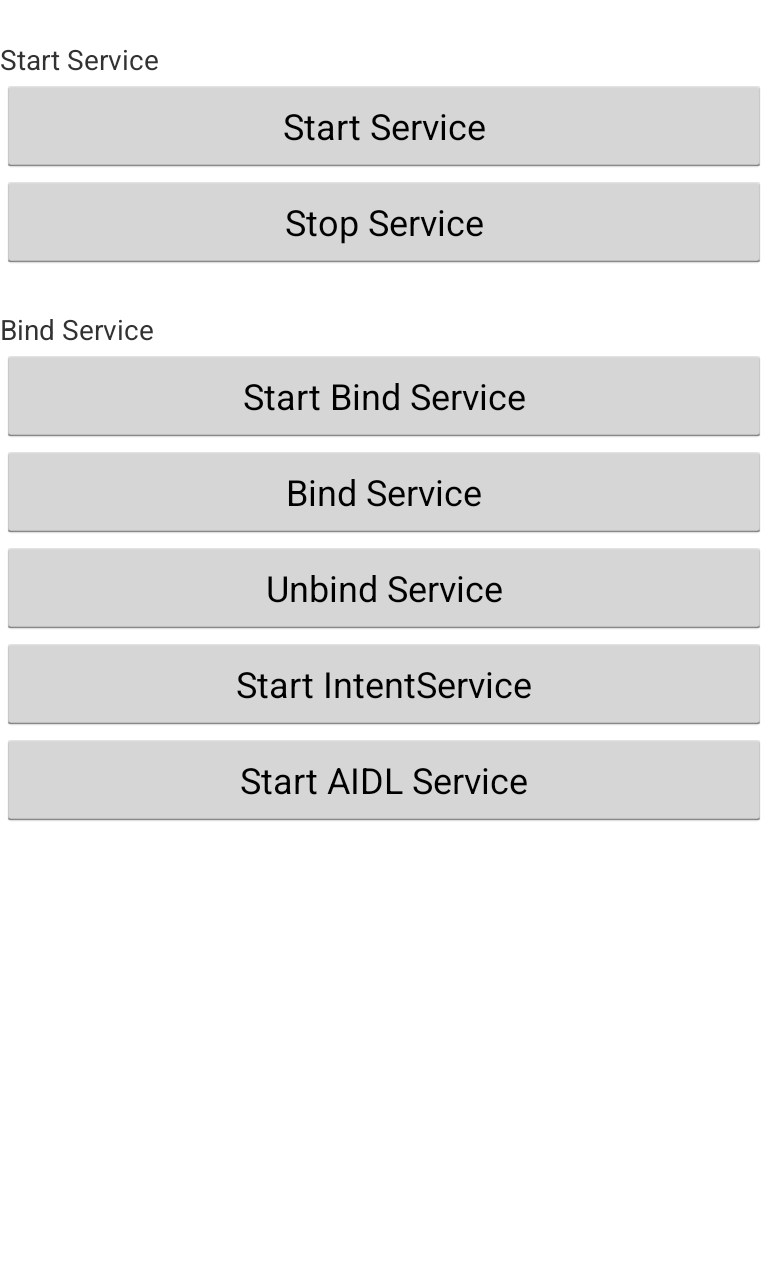
Repository: Liu-D-Henrry/Android
Layout: DemoService/res/layout/service_activity.xml
These files come from the project's save history. The layout is drawn as it stood at one moment and after the next save; the edit follows.
It is drawn on a 768 x 1280 px phone screen (xhdpi) without system bars, with theme AppTheme; the app's code is not run.

Above is the layout before, as saved 2013-09-01 09:56:31.

### DemoService/res/layout/service_activity.xml
<?xml version="1.0" encoding="utf-8"?>
<LinearLayout xmlns:android="http://schemas.android.com/apk/res/android"
    android:layout_width="match_parent"
    android:layout_height="match_parent"
    android:orientation="vertical" >

    <TextView
        android:layout_width="match_parent"
        android:layout_height="wrap_content"
        android:layout_marginTop="20dp"
        android:text="@string/startService" />
    <Button
        android:id="@+id/startService"
        android:layout_width="match_parent"
        android:layout_height="wrap_content"
        android:text="@string/startService" />
    <Button
        android:id="@+id/stopService"
        android:layout_width="match_parent"
        android:layout_height="wrap_content"
        android:text="@string/stopService" />

     <TextView
        android:layout_width="match_parent"
        android:layout_height="wrap_content"
        android:layout_marginTop="20dp"
        android:text="@string/bindService" />
    <Button
        android:id="@+id/startBindService"
        android:layout_width="match_parent"
        android:layout_height="wrap_content"
        android:text="@string/startBindService" />
    <Button
        android:id="@+id/bindService"
        android:layout_width="match_parent"
        android:layout_height="wrap_content"
        android:text="@string/bindService" />
    <Button
        android:id="@+id/unbindService"
        android:layout_width="match_parent"
        android:layout_height="wrap_content"
        android:text="@string/unbindService" />
    <Button
        android:id="@+id/startIntentService"
        android:layout_width="match_parent"
        android:layout_height="wrap_content"
        android:text="@string/startIntentService" />
    <Button
        android:id="@+id/startAIDLService"
        android:layout_width="match_parent"
        android:layout_height="wrap_content"
        android:text="@string/startAIDLService" />

</LinearLayout>

### DemoService/res/values/strings.xml
<?xml version="1.0" encoding="utf-8"?>
<resources>

    <string name="app_name">DemoService</string>
    <string name="action_settings">Settings</string>
    <string name="hello_world">Hello world!</string>

    <string name="startService">Start Service</string>
    <string name="stopService">Stop Service</string>
    <string name="bindService">Bind Service</string>
    <string name="unbindService">Unbind Service</string>
    <string name="startBindService">Start Bind Service</string>
    <string name="stopBindService">Stop Bind Service</string>
    <string name="startIntentService">Start IntentService</string>
    <string name="startAIDLService">Start AIDL Service</string>

</resources>

Loaded but not shown: DemoService/res/values/styles.xml (common file); DemoService/res/values-v11/styles.xml (common file); DemoService/res/values-v14/styles.xml (common file)

After the next save:
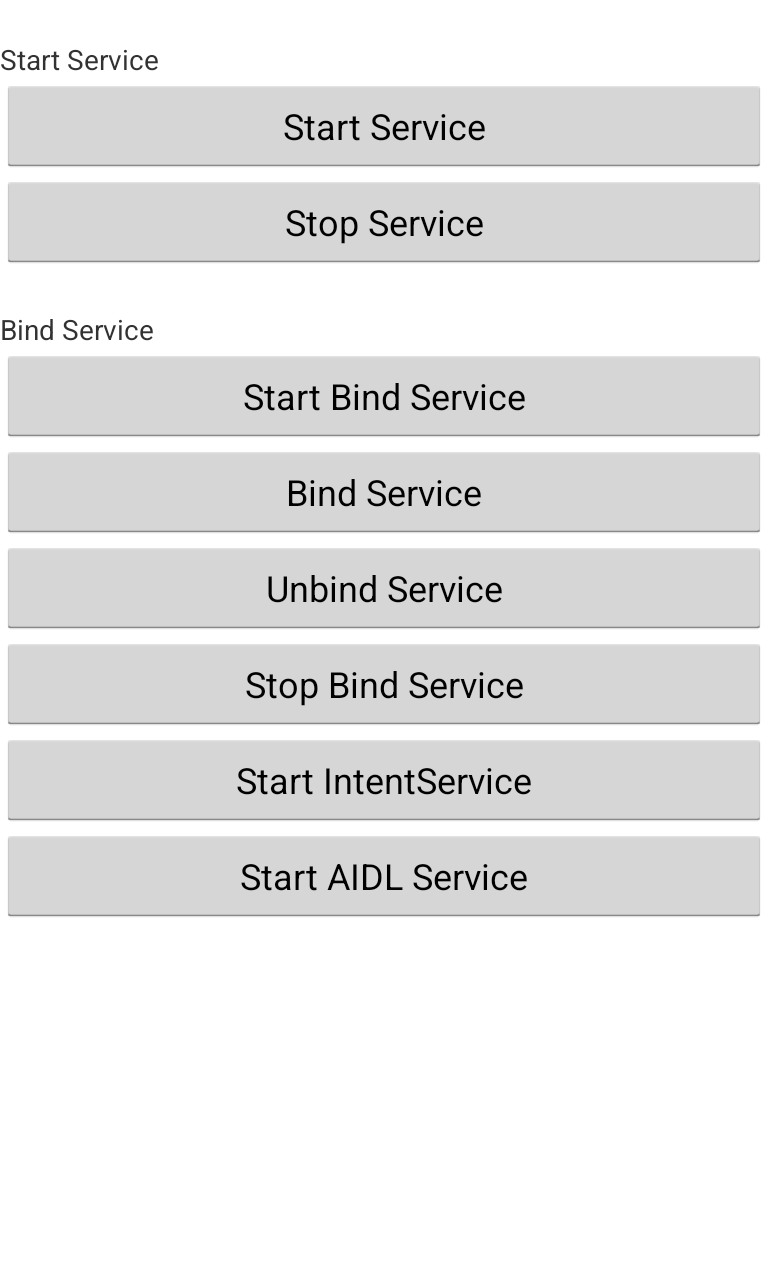
Saved 35 s later.
--- a/DemoService/res/layout/service_activity.xml
+++ b/DemoService/res/layout/service_activity.xml
@@ -41,6 +41,11 @@
         android:layout_height="wrap_content"
         android:text="@string/unbindService" />
     <Button
+        android:id="@+id/stopBindService"
+        android:layout_width="match_parent"
+        android:layout_height="wrap_content"
+        android:text="@string/stopBindService" />
+    <Button
         android:id="@+id/startIntentService"
         android:layout_width="match_parent"
         android:layout_height="wrap_content"
